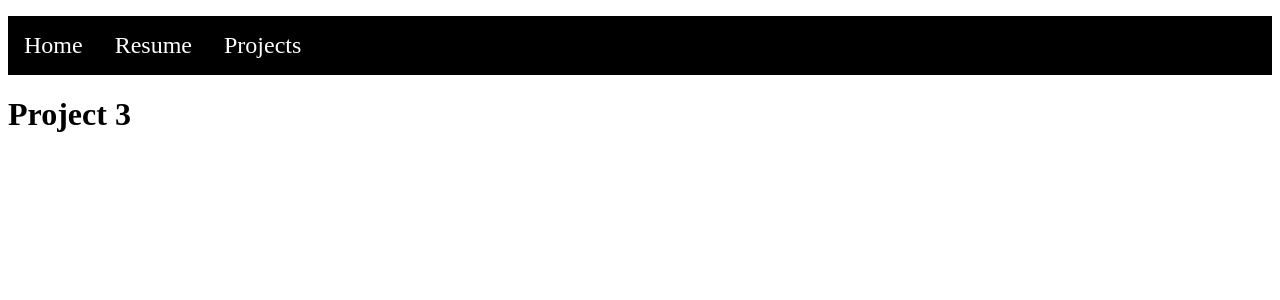
Repository: TangDylan/TangDylan.github.io
Page: project3.html
The author's editor kept a record of every edit. The page is drawn from the files as they stood at one moment, then again after the next edit.
The browser window is 1280 px wide. The pictures show the whole page.

Above is the page before.

After the next edit:
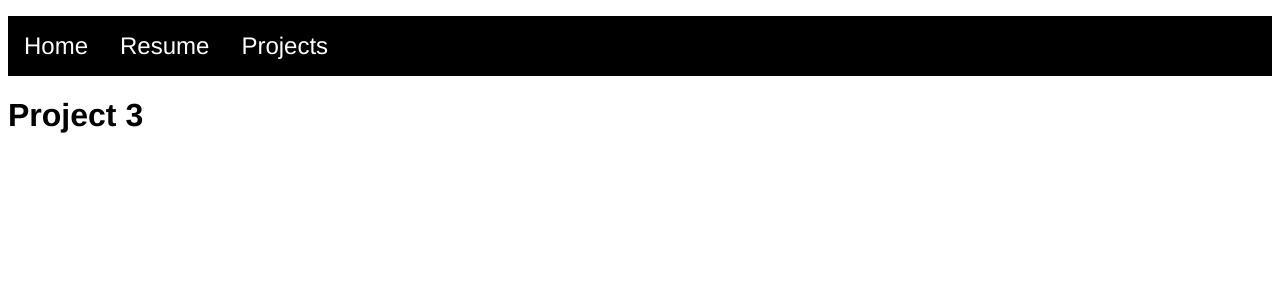
The edit:
--- a/style.css
+++ b/style.css
@@ -1,7 +1,4 @@
 
-
-
-  <style>
 
           * {
             font-family:helvetica;
